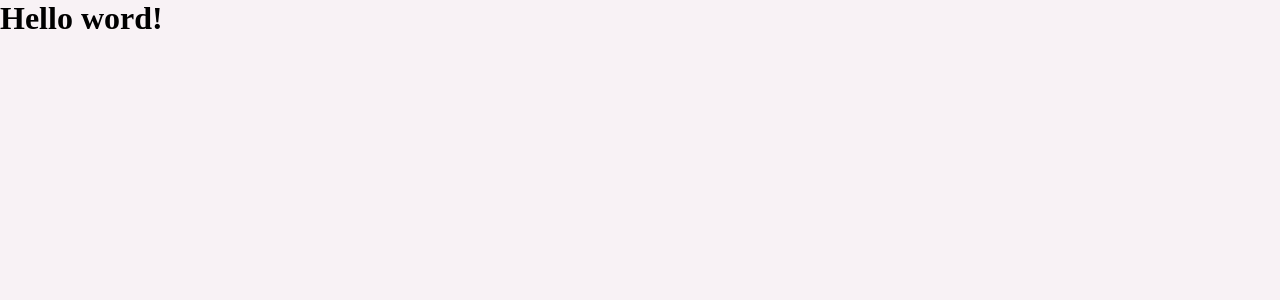
Repository: soualexandre/dtmoney
Page: /
The author's editor kept a copy of each file at every save. The page is drawn from the files as they stood at one save, then again after the next save.
The browser window is 1280 px wide. The pictures show the whole page.
The project was rebuilt for these pictures with package versions that can differ from the ones it lists, and the page was loaded fresh each time.

Above is the page before, as saved 2021-07-13 08:32:39.

### public/index.html
<!DOCTYPE html>
<html lang="en">
  <head>
    <link rel="preconnect" href="https://fonts.googleapis.com">
    <link rel="preconnect" href="https://fonts.gstatic.com" crossorigin>
    <meta charset="utf-8" />
    <meta name="viewport" content="width=device-width, initial-scale=1" />
    <link href="https://fonts.googleapis.com/css2?family=Poppins:wght@400;600&display=swap" rel="stylesheet">
    <title>DTMoney</title>
  </head>
  <body>
    <noscript>You need to enable JavaScript to run this app.</noscript>
    <div id="root"></div>
  </body>
</html>

### src/App.tsx
import {GlobalStyle} from './styles/global'

export function App() {
  return (
    <div className="App">
      <GlobalStyle/>
     <h1>Hello word!</h1>
    </div>
  );
}

### src/styles/global.ts
import { createGlobalStyle } from 'styled-components'


export const GlobalStyle = createGlobalStyle`

    :root{
        --background: #f8f2f5;

        --red: #e52e40;
        --blue: #5429cc;

        --blue-light: #6933ff;

        --text-title: #363f5f;
        --text-body: #969cb3;

        --shape: #ffffff;

    }

    *{
        margin: 0;
        padding: 0;
        box-sizing: border-box;
    }
    html{
        @media (max-width: 1080px){
            font-size: 93.5%;
        }

    }

    body{
        background: var(--background);
        -webkit-font-smoothing: antialiased;
    }

    border-style, input, textarea, button{
        font-family: 'Poppins', sans-serif;
        font-weight: 400;
    }

    h1, h2, h3, h4, h5, h6, strong{
        font-weight: 600;
    }

    button{
        cursor: pointer;
    }
    [disable]{
        opacity: 0.6;
        cursor: not-allowed;
    }

`;

Loaded but not shown: src/index.tsx (common file)

After the next save:
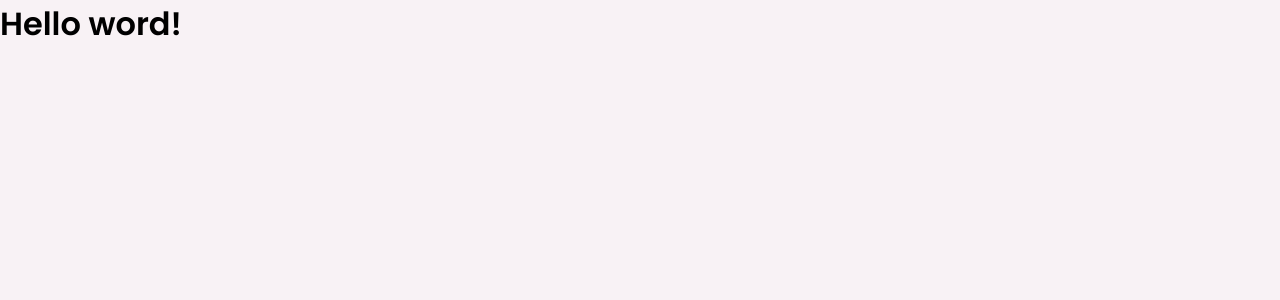
Saved 38 s later.
--- a/src/styles/global.ts
+++ b/src/styles/global.ts
@@ -35,7 +35,7 @@
         -webkit-font-smoothing: antialiased;
     }
 
-    border-style, input, textarea, button{
+    body, input, textarea, button{
         font-family: 'Poppins', sans-serif;
         font-weight: 400;
     }
